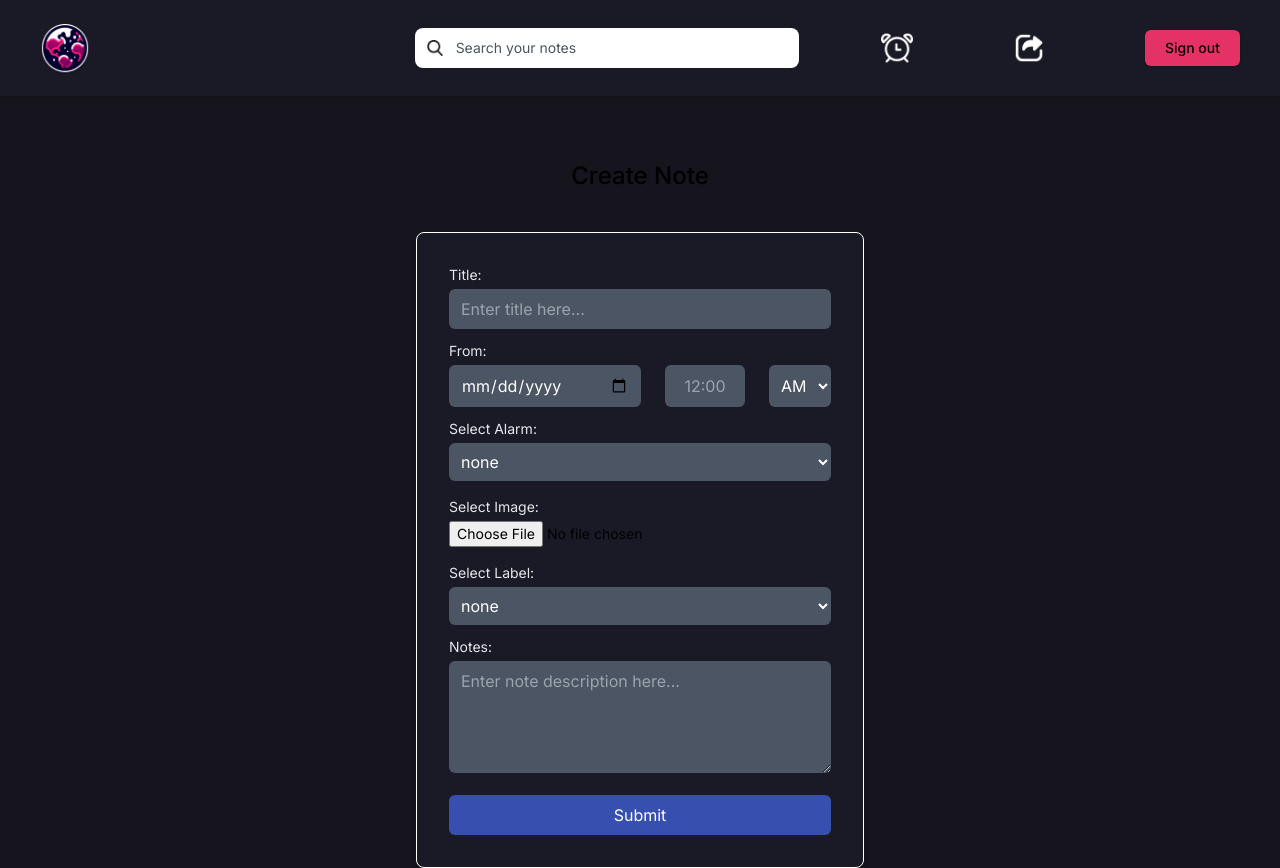
Repository: plan-it-earth/plan-it-earth
Page: /pages/calendar/createnote
The author's editor kept a copy of each file at every save. The page is drawn from the files as they stood at one save, then again after the next save.
The browser window is 1280 px wide. The pictures show the whole page.
The project was rebuilt for these pictures with package versions that can differ from the ones it lists, and the page was loaded fresh each time. The framework's server and built-in components were replaced by stand-ins that run in the browser. Also part of the build but not shown: next.config.mjs.

Above is the page before, as saved 2024-04-18 19:06:40.

### app/layout.tsx
import type { Metadata } from "next";
import { Inter } from "next/font/google";
import "./globals.css";

import { AuthProvider } from "./lib/firebase/AuthProvider";

const inter = Inter({ subsets: ["latin"] });

export const metadata: Metadata = {
  title: "Plan-It-Earth",
  description: "Plan-It-Earth is a calendar application for professors and students",
};

export default function RootLayout({
  children,
}: Readonly<{
  children: React.ReactNode;
}>) {
  return (
    <html lang="en" className="bg-[#16141C]">
      <AuthProvider>
        <body className={inter.className}>{children}</body>
      </AuthProvider>
    </html>
  );
}

### app/pages/calendar/createnote/page.jsx
'use client';
import Header from '../../../Components/Header';
import {useState, useContext} from 'react';
import { useRouter} from 'next/navigation';
import { useCalendarApi } from '../../../lib/Context/CalendarProvider';
import { storeEvents } from '../../../lib/Hooks/dbActions';
import { getStorage, ref, uploadBytes, getDownloadURL } from "firebase/storage";
import UserContext from '../../../lib/firebase/UserContext';

const storage = getStorage();

export default function CreateNote() {
    const { userData } = useContext(UserContext);
    const [imageUrl, setImageUrl] = useState('');

    const [time, setTime] = useState('');
    const [isTimeValid, setIsTimeValid] = useState(true);

    const [isDateValid, setIsDateValid] = useState(true);

    const router = useRouter();
    const { calendarApi } = useCalendarApi();

    const [formData, setFormData] = useState({title: "",date: "", alarm: "", image: "", label: "", description: ""});
    const handleChange = (event) => {
        const { title, value } = event.target;
        setFormData(event.target.value);
    };

    const uploadImage = async (event) => {
        // Upload the image to Firebase storage
        const imageFile = event.target.files[0];
        const storageRef = ref(storage, userData.uid + '/' + (calendarApi.getEvents().length + 1) + '/' + imageFile.name);
        uploadBytes(storageRef, imageFile).then((snapshot) => {
            console.log('Uploaded a blob or file!');

            // Get the download URL of the uploaded image
            getDownloadURL(storageRef).then((url) => {
                setImageUrl(url.toString());
            });
        });
    }


    const handleTimeChange =(event) => {
        let inputValue = event.target.value;
        inputValue = inputValue.replace(/[^0-9:]/g, '');

        const parts = inputValue.split(':');
        if (parts.length > 2) {
            inputValue = parts[0] + ':' + parts.slice(1).join('');
        }

        let numericInput = inputValue.replace(/:/g, '');
        if (numericInput.length > 4) {
            numericInput = numericInput.slice(0, 4);
        }

        let formattedTime = numericInput;
        if (numericInput.length > 2) {
            formattedTime = numericInput.slice(0, 2) + ':' + numericInput.slice(2);
        } else if (numericInput.length === 2 && event.inputType !== 'deleteContentBackward') {
            formattedTime += ':';
        }

        setTime(formattedTime);
    };


    const validateTime = () => {
        const [hours, minutes] = time.split(':').map(Number);
        if (hours < 13 && minutes < 60) {
        setIsTimeValid(true);
        } else {
        setIsTimeValid(false);
        }
    }

    const handleDateChange = (event) => {
        const { name, value } = event.target;
        setFormData(prev => ({ ...prev, [name]: value }));
        validateDate(value);
    };

    const validateDate = (inputDate) => {
        const input = new Date(inputDate);
        const currentDate = new Date();
        setIsDateValid(input >= currentDate);
    }

    const handleSubmit = (event) => {
        event.preventDefault();
        var title = document.getElementById("title");
        var date = document.getElementById("date");
        var alarm = document.getElementById("alarm");
        var image = document.getElementById("image");
        var label = document.getElementById("label");
        var description = document.getElementById("description");

        if(time.value) {
            let start = new Date(date.value + "T" + time.value);

            calendarApi.addEvent({
                id: calendarApi.getEvents().length + 1,
                title: title.value,
                start: start,
                groupId: label.value,
                extendedProps: {
                    alarm: alarm.value,
                    image: imageUrl,
                    description: description.value
                },
            });
        } else {
            // All day event
            let start = new Date(date.value);

            calendarApi.addEvent({
                id: calendarApi.getEvents().length + 1,
                title: title.value,
                start: start,
                groupId: label.value,
                allDay: 'true',
                extendedProps: {
                    alarm: alarm.value,
                    image: imageUrl,
                    description: description.value
                },
            });
        }

        console.log(
            `Title: ${title.value},
             Date: ${date.value},
             Alarm: ${alarm.value},
             Image: ${imageUrl},
             Label: ${label.value},
             Description: ${description.value}`
        );

        // Add event to database
        storeEvents(userData, calendarApi);

        router.push('/pages/calendar');
    }

    return (


        <div className="bg-[#16141C] min-h-screen ">
            <Header />
            <h2 className="flex items-center justify-center text-2xl font-medium mt-16">Create Note</h2>
            <div className="max-w-md mx-auto mt-10 p-8 bg-[#1A1926] rounded-lg shadow-md border border-white">
                <form onSubmit={handleSubmit} className="flex flex-col space-y-4">
                    <div>

                        <label className="block text-sm font-normal text-gray-200">Title:</label>
                        <input
                        id = "title"
                        type="text"
                        placeholder="Enter title here..."
                        required
                        value={formData.title}
                        onChange={handleChange}
                        className="text-white bg-gray-600 mt-1 px-3 py-2 w-full rounded-md focus:outline-none" />

                        <label className="block text-sm font-normal mt-3 text-gray-200">From:</label>
                        <div className="flex flex-row justify-between">
                            <input type="date" id="date" name="date" required value={formData.date} onChange={handleDateChange} className="text-white bg-gray-600 mt-1 px-3 py-2 rounded-md w-48 dark focus:outline-none" />
                            <input type="text" id="time" name="time" value={time} onChange={handleTimeChange} onBlur={validateTime} placeholder="12:00" className="text-white bg-gray-600 mt-1 px-3 py-2 rounded-md w-20 text-center focus:outline-none"/>
                            <select id="am/pm" className="text-white bg-gray-600 mt-1 p-2 rounded-md focus:outline-none">
                                <option value="AM">AM</option>
                                <option value="PM">PM</option>
                            </select>
                        </div>
                        {isTimeValid ? null : <p className="flex text-red-500 text-sm w-full m-1 justify-start">Invalid time</p>}
                        {isDateValid ? null : <p className="flex text-red-500 text-sm w-full m-1 justify-start">Invalid date</p>}
                        <div>
                        <label className="block text-sm font-normal mt-3 text-gray-200">Select Alarm:</label>
                            <select id="alarm" className="text-white bg-gray-600 mt-1 p-2 rounded-md w-full focus:outline-none">
                                <option value="-1">none</option>
                                <option value="5">5 minutes before event</option>
                                <option value="10">10 minutes before event</option>
                                <option value="15">15 minutes before event</option>
                                <option value="60">60 minutes before event</option>
                                <option value = "1440"> 1 day before event</option>
                                <option value = "2880"> 2 days before event</option>
                                <option value = "4320"> 3 days before event</option>
                                <option value = "5760"> 4 days before event</option>
                                <option value = "7200"> 5 days before event</option>
                            </select>
                        </div>
                    </div>
                    <div className="flex flex-col justify-center">
                        <label className="block text-sm font-normal text-gray-200">Select Image:</label>
                        <input onChange={uploadImage} type="file" id="image" name="image" accept="image/*" className="mt-1 text-sm" />
                    </div>
                    <div>
                        <label className="block text-sm font-normal text-gray-200">Select Label:</label>
                            <select id="label" className="text-white bg-gray-600 mt-1 p-2 w-full rounded-md focus:outline-none">
                                <option value="UserEvent">none</option>
                                <option value="Assignment">Assignment</option>
                                <option value="Lecture">Lecture</option>
                                <option value="Lab">Lab</option>
                                <option value="OfficeHours">Office Hours</option>
                                <option value="Quiz">Quiz</option>
                                <option value="Exam">Exam</option>
                            </select>

                        <label className="block text-sm font-normal text-gray-200 mt-3">Notes:</label>
                        <textarea
                            id="description"
                            type="text"
                            rows="4"
                            cols="30"
                            className="text-white bg-gray-600 px-3 py-2 mt-1 rounded-md w-full focus:outline-none"
                            placeholder ="Enter note description here...">
                        </textarea>
                    </div>
                    <div>
                        <button type="submit" className="bg-[#374fae] text-white w-full px-4 py-2 rounded-md hover:opacity-85 focus:outline-none">Submit</button>
                    </div>
                </form>
            </div>
        </div>

    )
}

### app/globals.css
@tailwind base;
@tailwind components;
@tailwind utilities;

:root {
  --foreground-rgb: 0, 0, 0;
  --background-start-rgb: 214, 219, 220;
  --background-end-rgb: 255, 255, 255;
}

@media (prefers-color-scheme: dark) {
  :root {
    --foreground-rgb: 255, 255, 255;
    --background-start-rgb: 0, 0, 0;
    --background-end-rgb: 0, 0, 0;
  }
}

body {
  color: rgb(var(--foreground-rgb));
  background: linear-gradient(
      to bottom,
      transparent,
      rgb(var(--background-end-rgb))
    )
    rgb(var(--background-start-rgb));
}

@layer utilities {
  .text-balance {
    text-wrap: balance;
  }
}

.buttonexportpage:hover {
  background-color: #E53265;
}

### app/lib/firebase/AuthProvider.tsx
'use client'

import React, { useState, useEffect } from 'react';
import { onAuthStateChanged, User as firebaseUser } from 'firebase/auth';
import { auth, db } from '../../../firebaseConfig';
import { doc, onSnapshot } from 'firebase/firestore';
import UserContext from './UserContext';
import { CalendarProvider } from '../Context/CalendarProvider';

export interface UserData {
    email: string;
    uid: string;
    events: "";
}

export interface AuthState {
    userData: UserData | null;
}

interface AuthProviderProps {
    children: React.ReactNode;
}

export const AuthProvider = ({ children }: AuthProviderProps) => {
    const [userData, setUserData] = useState<AuthState>({ userData: null});

    useEffect(() => {
        const unsubscribe = onAuthStateChanged(auth, async (user: firebaseUser | null) => {
            try {
                // If user is logged in, get user data from firestore
                if (user) {
                    const uid = user.uid;
                    const userRef = doc(db, 'users', uid);
                    const unsubscribeUser = onSnapshot(userRef, (doc) => {
                        const userData = doc.exists() ? {...doc.data(), uid} as UserData : null;
                        setUserData({ userData });
                    });
                    return () => unsubscribeUser();
                } else {
                    setUserData({ userData: null });
                    return () => {};
                }
            } catch (error) {
                console.log("Error getting user data: ", error);
            }
        });
        return () => unsubscribe();
    }, []);
    return (
        <UserContext.Provider value={userData}>
            <CalendarProvider>
                {children}
            </CalendarProvider>
        </UserContext.Provider>
    )
}

### app/Components/Header.tsx
'use client';
import React, { useState, useEffect } from 'react';
import ReactDOM from 'react-dom';
import Image from 'next/image';
import { useRouter } from 'next/navigation';

import Search from './Search';

import logo from '../Images/headerlogo.png';
import alarm from '../Images/headeralarm.png';
import share from '../Images/headershare.png';

import { getAuth, signOut } from "firebase/auth";

function logOut() {
    const auth = getAuth();
    signOut(auth).then(() => {
        console.log("User signed out");
    }).catch((error) => {
        console.log("Error signing out: ", error);
    });

    console.log("Sign out clicked");
    location.href = "/";
}

export default function Header() {
    const router = useRouter();

    const routeToAlarm = () => {
        router.push('/pages/alarm')
    }

    const routeToExportOrShare = () => {
        router.push('/pages/exportorshare')
    }

    const routeToCalendar = () => {
        router.push('/pages/calendar')
    }

    return (
        <div className="flex h-24 w-full px-2 py-5 bg-[#1A1926] shadow justify-between md:px-10">
            <Image onClick={routeToCalendar} src={logo} alt="Plan-It-Earth" height={50} width={50} className="h-30 w-30 mt-1 cursor-pointer hover:opacity-85 md:h-35 md:h-35"/>
            <div className="hidden w-24 lg:block"></div>
            <Search />
            <div className="flex flex-row h-full items-center space-x-5 md:gap-20">
                <Image onClick={routeToAlarm} src={alarm} alt="Alarm" height={35} width={35} className="h-8 w-8 cursor-pointer hover:opacity-85"/>
                <Image onClick={routeToExportOrShare} src={share} alt="Share" height={35} width={35} className="h-8 w-8 cursor-pointer hover:opacity-85"/>
                <button onClick={() => logOut()} className="px-3 py-2 rounded-md text-xs font-medium bg-[#E53265] outline-none border-none shadow hover:brightness-110 md:px-5 md:py-2 md:text-sm">Sign out</button>
            </div>
        </div>
    )
}

### app/lib/Context/CalendarProvider.tsx
import React, { createContext, useContext, useState, ReactNode, RefObject } from 'react';

interface CalendarProviderProps {
    children: ReactNode;
}

interface CalendarContextType {
    calendarApi: any;
    setCalendarApi: (api: any) => void;
}

const CalendarContext = createContext<CalendarContextType | null>(null);

export const CalendarProvider: React.FC<CalendarProviderProps> = ({ children }) => {
    const [calendarApi, setCalendarApi] = useState<any>(null);

    return (
        <CalendarContext.Provider value={{ calendarApi, setCalendarApi }}>
            {children}
        </CalendarContext.Provider>
    );
};

export const useCalendarApi = () => {
    const context = useContext(CalendarContext);
    if (context === null) {
        throw new Error('useCalendarRef must be used within a CalendarProvider');
    }
    return context;
};

### app/lib/firebase/UserContext.tsx
import { createContext } from "react";
import { AuthState } from './AuthProvider';

const UserContext = createContext<AuthState>({ userData: null });

export default UserContext;

### firebaseConfig.ts
// Import firebase modules
import 'firebase/firestore';
import 'firebase/auth';
import 'firebase/storage';
// Import the functions you need from the SDKs you need
import { initializeApp } from "firebase/app";
import { getFirestore } from 'firebase/firestore';
import { getAuth } from 'firebase/auth';
import { getStorage } from 'firebase/storage';
// TODO: Add SDKs for Firebase products that you want to use
// https://firebase.google.com/docs/web/setup#available-libraries

// Your web app's Firebase configuration
// For Firebase JS SDK v7.20.0 and later, measurementId is optional
const firebaseConfig = {
  apiKey: "AIzaSyBZBzlYp8KR-bJDEJVVbYroSMxS-GXYmR8",
  authDomain: "plan-it-earth-94b85.firebaseapp.com",
  projectId: "plan-it-earth-94b85",
  storageBucket: "plan-it-earth-94b85.appspot.com",
  messagingSenderId: "97255809349",
  appId: "1:97255809349:web:8b9f6ed7ba990714221e2c",
  measurementId: "G-WXFLGQPQ1S"
};

// Initialize Firebase
const app = initializeApp(firebaseConfig);
export const db = getFirestore(app);
export const auth = getAuth(app);
export const storage = getStorage(app);

### app/Components/Search.tsx
'use client';
import React, { useState } from 'react';
import Image from 'next/image';
import { useRouter} from 'next/navigation';

import search from '../Images/search.png';

export default function Search() {
    const [searchInput, setSearchInput] = useState('');
    const router = useRouter();

    const handleSubmit = (event:any) => {
        event.preventDefault();
        router.push(`/pages/search?search=${encodeURIComponent(searchInput)}`);
    };

    const handleInputChange = (event:any) => {
        setSearchInput(event.target.value);
    };

    return (
        <form onSubmit={handleSubmit} className="flex flex-row h-10 w-fit items-center gap-2 self-center bg-[#fff] rounded-lg md:w-96 sm:w-80 md:gap-4 md:ml-16">
            <button type="submit" className="border-none bg-none">
                <Image src={search} alt='Search' height={18} width={18} className="h-4 w-4 ml-2 cursor-pointer md:ml-3"/>
            </button>
            <input onChange={handleInputChange} type='text' placeholder="Search your notes" className="w-full text-black placeholder-gray-600 text-xs outline-none border-none md:text-sm"/>
        </form>
    )
}

Loaded but not shown: app/lib/Hooks/dbActions.js (library); tailwind.config.ts (common file)

After the next save:
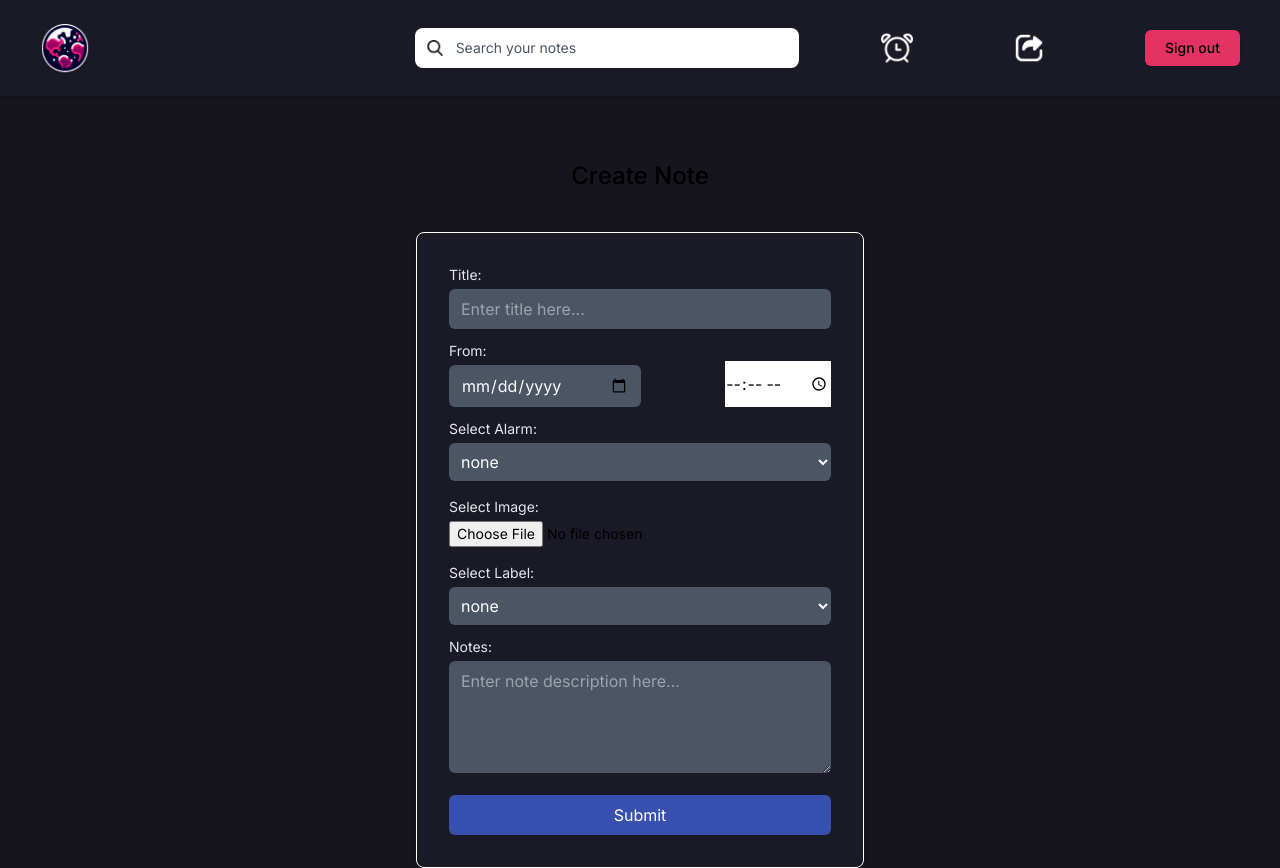
Saved 3 min 11 s later.
--- a/app/pages/calendar/createnote/page.jsx
+++ b/app/pages/calendar/createnote/page.jsx
@@ -167,11 +167,12 @@ export default function CreateNote() {
                         <label className="block text-sm font-normal mt-3 text-gray-200">From:</label>
                         <div className="flex flex-row justify-between">
                             <input type="date" id="date" name="date" required value={formData.date} onChange={handleDateChange} className="text-white bg-gray-600 mt-1 px-3 py-2 rounded-md w-48 dark focus:outline-none" />
-                            <input type="text" id="time" name="time" value={time} onChange={handleTimeChange} onBlur={validateTime} placeholder="12:00" className="text-white bg-gray-600 mt-1 px-3 py-2 rounded-md w-20 text-center focus:outline-none"/>
+                            <input type="time" id="time" name="time" value={time} className="" />
+                            {/*<input type="text" id="time" name="time" value={time} onChange={handleTimeChange} onBlur={validateTime} placeholder="12:00" className="text-white bg-gray-600 mt-1 px-3 py-2 rounded-md w-20 text-center focus:outline-none"/>
                             <select id="am/pm" className="text-white bg-gray-600 mt-1 p-2 rounded-md focus:outline-none">
                                 <option value="AM">AM</option>
                                 <option value="PM">PM</option>
-                            </select>
+                            </select>*/}
                         </div>
                         {isTimeValid ? null : <p className="flex text-red-500 text-sm w-full m-1 justify-start">Invalid time</p>}
                         {isDateValid ? null : <p className="flex text-red-500 text-sm w-full m-1 justify-start">Invalid date</p>}
